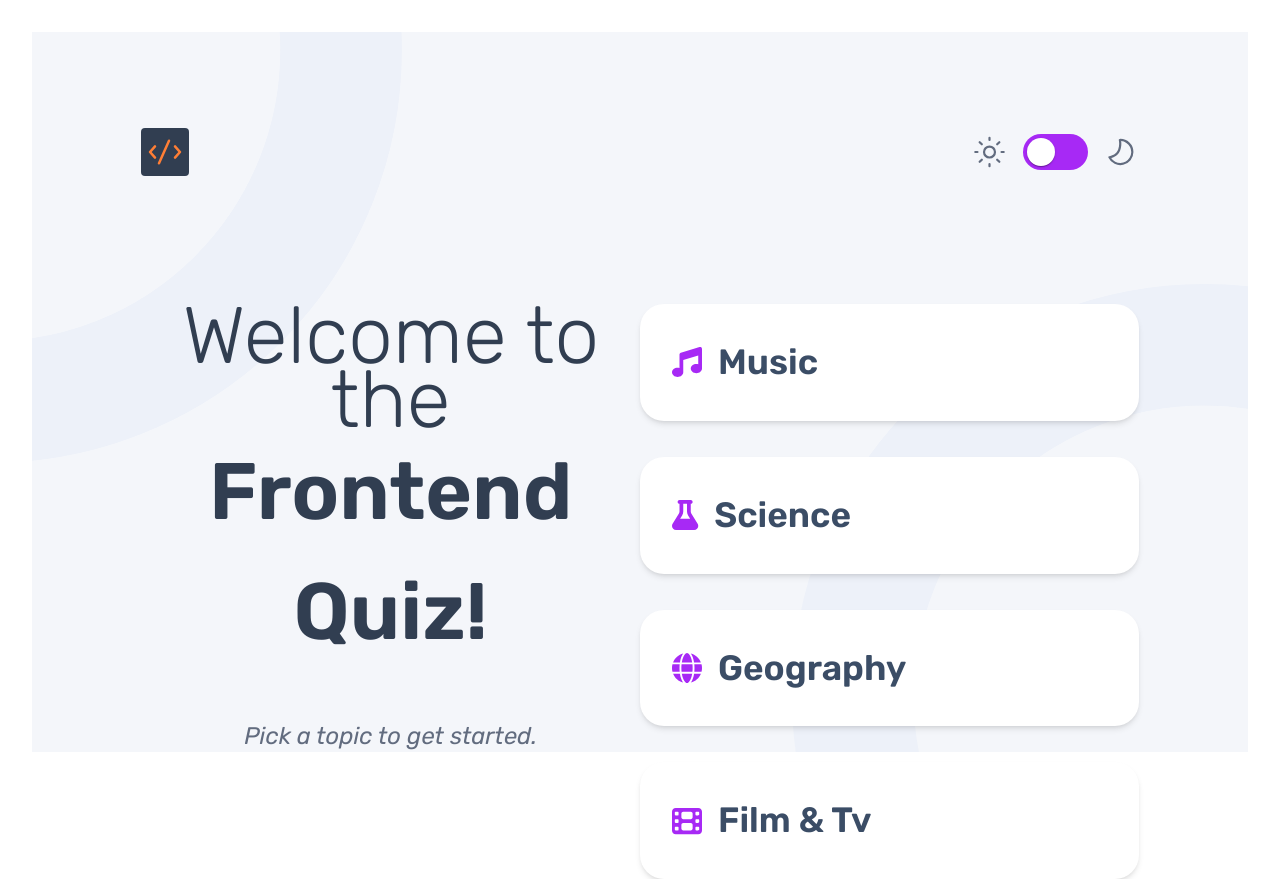
Repository: Shenixo/QuizApp
Page: /
The author's editor kept a copy of each file at every save. The page is drawn from the files as they stood at one save, then again after the next save.
The browser window is 1280 px wide. The pictures show the whole page.
The project was rebuilt for these pictures with package versions that can differ from the ones it lists, and the page was loaded fresh each time. Also part of the build but not shown: vite.config.js.

Above is the page before, as saved 2025-03-31 14:45:57.

### index.html
<!doctype html>
<html lang="en">
  <head>
    <meta charset="UTF-8" />
    <link rel="icon" type="image/svg+xml" href="/vite.svg" />
    <meta name="viewport" content="width=device-width, initial-scale=1.0" />
    <link rel="preconnect" href="https://fonts.googleapis.com">
<link rel="preconnect" href="https://fonts.gstatic.com" crossorigin>
<link href="https://fonts.googleapis.com/css2?family=Rubik:ital,wght@0,300..900;1,300..900&display=swap" rel="stylesheet">
    <title>Quiz App</title>
  </head>
  <body>
    <div id="root"></div>
    <script type="module" src="/src/main.jsx"></script>
  </body>
</html>

### src/main.jsx
import { StrictMode } from "react";
import { createRoot } from "react-dom/client";
import "./index.css";
import App from "./App.jsx";
import Context from "./Store/Context.jsx";

createRoot(document.getElementById("root")).render(
  <StrictMode>
    <Context>
      <App />
    </Context>
  </StrictMode>
);

### src/index.css
@tailwind base;
@tailwind components;
@tailwind utilities;

*{
    padding: 0;
    margin: 0;
    box-sizing: border-box;
    font-family: "Rubik", sans-serif;
}
.dark{
    background: red;
}

### src/App.jsx
import './App.css'
import Home from './Components/Home/Home'
import { useAppContext } from './Store/Context'

function App() {
  const {isDarkMode} = useAppContext()
  return (
    <div  className={`relative min-h-screen bg-cover bg-center bg-no-repeat w-full transition-all duration-500 ease-in-out ${isDarkMode ? "bg-[#313e51]" : "bg-[#f4f6fa]"} ${
      isDarkMode
        ? "bg-[url('/pattern-background-desktop-dark.svg')]"
        : "bg-[url('/pattern-background-desktop-light.svg')]"
    }`}>
    <Home/>
    </div>
  )
}

export default App

### src/Store/Context.jsx
import React from "react";
const AppContext = React.createContext({
    isDarkMode: false,
    toggleTheme: () => {}
});
const Context = ({ children }) => {
  const [isDarkMode, setIsDarkMode] = React.useState(false);
  const toggleTheme = () => {
    setIsDarkMode((pv) => !pv);
  };
  const ctxValue = {
    isDarkMode,
    toggleTheme,
  };
  return (
    <AppContext.Provider value={ctxValue}>
      {" "}
     <div>{children}</div>
    </AppContext.Provider>
  );
};

export default Context;

export function useAppContext() {
  const context = React.useContext(AppContext);
  if (!context) throw new Error("Context must be used between the provider");
  return context;
}

### src/Components/Home/Home.jsx
import React from "react";
import pattern from "/pattern-background-desktop-dark.svg";
import Navbar from "../Navbar/Navbar";
import { useAppContext } from "../../Store/Context";
import Option from "../Option/Option";
const Home = () => {
  const {isDarkMode} = useAppContext()
  return (
    <div className="w-[82%] mx-auto placeholder-stone-200 pt-24 h-[100vh]">
      <Navbar />
      <div className="mb-32"/>
      <div className="grid grid-cols-cols w-full">
      <div>
          <h1 className={ ` ${isDarkMode ? "text-white" : "text-primary"} transition-all duration-500 ease-in-out font-thin text-[5rem] leading-[4rem] `}>Welcome to the</h1>
          <h1 className={`${isDarkMode ? "text-white" : "text-primary"} transition-all duration-500 ease-in-out  text-[5rem] font-semibold`}>Frontend Quiz!</h1>

          <p className="text-[#626c7f] text-2xl mt-12"><i>Pick a topic to get started.</i></p>

      </div>
        <div>
         <Option/>
      </div>

      </div>
    </div>
  );
};

export default Home;

### src/Components/Navbar/Navbar.jsx
import { styled, Switch } from "@mui/material";
import { useAppContext } from "../../Store/Context";

const Navbar = () => {

  const {isDarkMode, toggleTheme} = useAppContext()
  return (
    <nav className="flex justify-between w-full items-center">
      <div className="flex items-center gap-4">
        <div className="bg-primary rounded p-1">
          <img src="/icon-html.svg" alt="html icon" />
        </div>
      </div>
      <div className="flex gap-4">
        <img
          className="transition-all duration-all ease-in-out"
          src={`/icon-sun-${isDarkMode ? "light" : "dark"}.svg`}
          alt="Dark moon icon"
          width={35}
          height={35}
        />
        <CustomSwitch onChange={toggleTheme} />
        <img
           className="transition-all duration-all ease-in-out"
          src={`/icon-moon-${isDarkMode ? "light" : "dark"}.svg`}
          alt="Dark moon icon"
          width={35}
          height={35}
        />
      </div>
    </nav>
  );
};

export default Navbar;

const CustomSwitch =styled((props) => (
  <Switch  focusVisibleClassName=".Mui-focusVisible"  {...props} />
))(({ theme }) => ({
  width: 65,
  height: 36,
  padding: 0,
  "& .MuiSwitch-switchBase": {
    padding: 1,
    margin: 3,
    transitionDuration: "300ms",
    "&.Mui-checked": {
      transform: "translateX(28px)",
      color: "#fff",
      "& + .MuiSwitch-track": {
        backgroundColor: "#a729f5",
        opacity: 1,
        border: 0,
      },
    },
    "&.Mui-focusVisible .MuiSwitch-thumb": {
      color: "#a729f5",
      border: "8px solid #fff",
    },
    "&.Mui-disabled .MuiSwitch-thumb": {
      color: "#a729f5",
    },
    "&.Mui-disabled + .MuiSwitch-track": {
      opacity: 0.7,
    },
  },
  "& .MuiSwitch-thumb": {
    boxSizing: "border-box",
    width: 28,
    height: 28,
  },
  "& .MuiSwitch-track": {
    borderRadius: 46 / 2,
    backgroundColor: "#a729f5",
    opacity: 1,
    transition: theme.transitions.create(["background-color"], {
      duration: 500,
    }),
  },
}));

### src/Components/Option/Option.jsx
import React from "react";
import { useAppContext } from "../../Store/Context";
import { FontAwesomeIcon } from "@fortawesome/react-fontawesome";
import { faMusic, faFlask, faGlobe, faFilm } from "@fortawesome/free-solid-svg-icons";

const options = [
  { icon: faMusic, option: "music" },
  { icon: faFlask, option: "science" },
  { icon: faGlobe, option: "geography" },
  { icon: faFilm, option: "film & tv" },
];

const Option = () => {
  const { isDarkMode } = useAppContext();
  return (
    <ul className="flex gap-9 flex-col">
      {options.map(({ icon, option }, idx) => (
        <li
          key={idx}
          className={`
            ${isDarkMode ? "bg-[#3b4d66] text-white" : "bg-white text-[#3b4d66]"}
            transition-all duration-500 ease-in-out shadow-md shadow-[rgba(0,0,0,0.1)]
            p-8 rounded-[1.5rem] cursor-pointer capitalize text-[2.2rem] font-semibold flex items-center gap-4
          `}
        >
          <FontAwesomeIcon icon={icon} className="text-3xl text-[#a729f5]" />
          {option}
        </li>
      ))}
    </ul>
  );
};

export default Option;

### tailwind.config.js
/** @type {import('tailwindcss').Config} */
export default {
  content: [
    "./index.html",
    "./src/**/*.{js,ts,jsx,tsx}",
  ],
  theme: {
    extend: {
      gridTemplateColumns: {
        cols: "1fr 1fr"
      },
      colors: {
        primary: "#313e51",
      }
    },
  },
  plugins: [],
}

Loaded but not shown: src/App.css (common file)

After the next save:
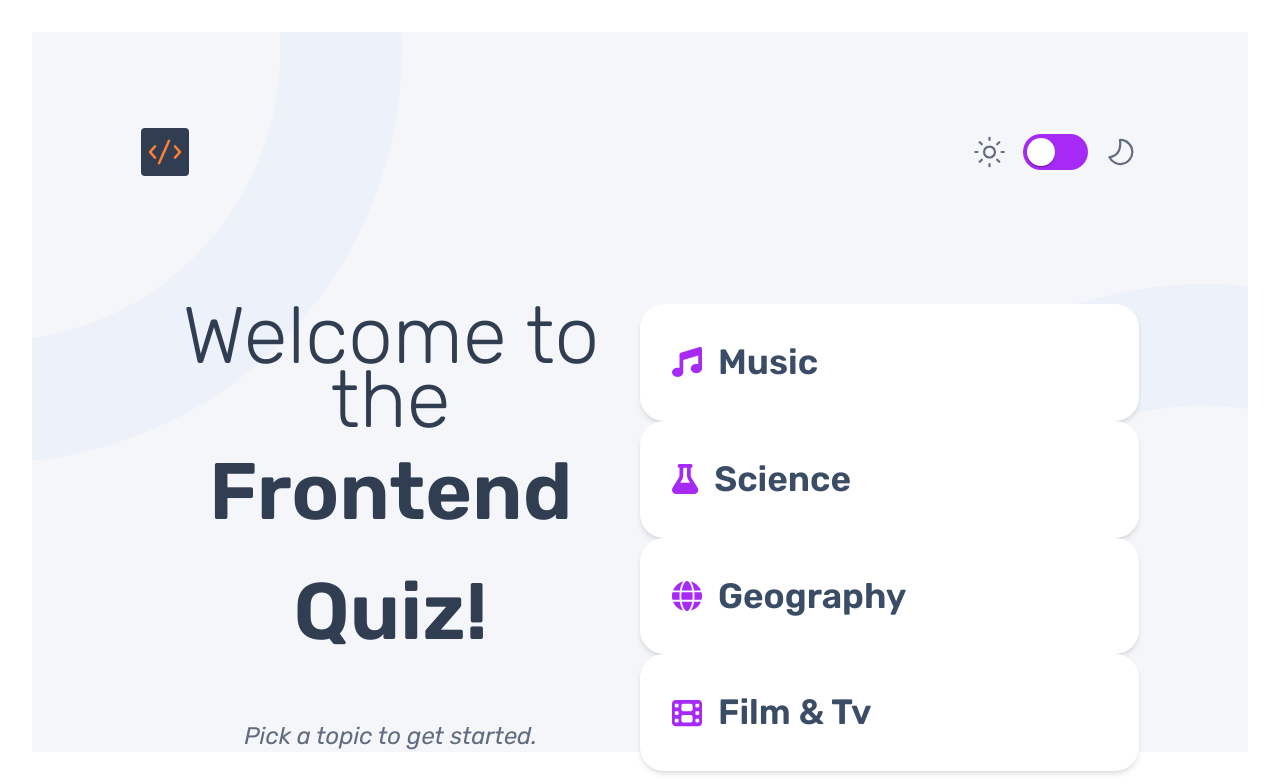
Saved 9 s later.
--- a/src/Components/Option/Option.jsx
+++ b/src/Components/Option/Option.jsx
@@ -13,7 +13,7 @@ const options = [
 const Option = () => {
   const { isDarkMode } = useAppContext();
   return (
-    <ul className="flex gap-9 flex-col">
+    <ul className="flex gap- flex-col">
       {options.map(({ icon, option }, idx) => (
         <li
           key={idx}
